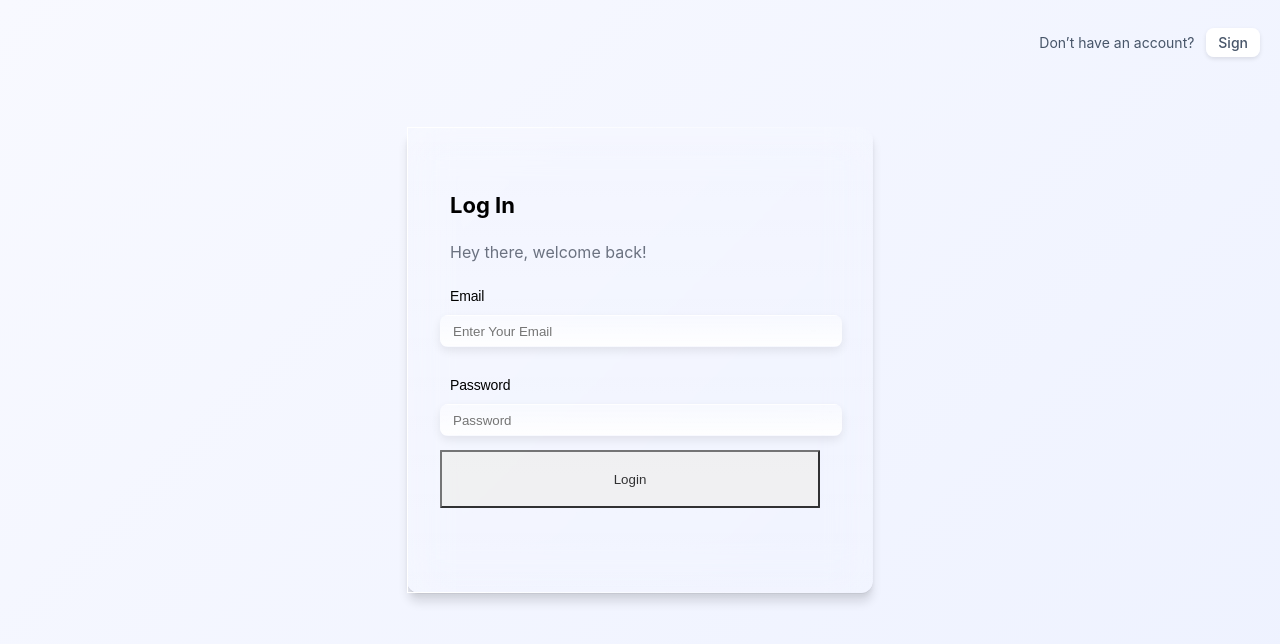
Repository: AfifaNoor/Admin_Panel-React-
Page: /
The author's editor kept a copy of each file at every save. The page is drawn from the files as they stood at one save, then again after the next save.
The browser window is 1280 px wide. The pictures show the whole page.
The project was rebuilt for these pictures with package versions that can differ from the ones it lists, and the page was loaded fresh each time. Also part of the build but not shown: src/SignUp.jsx.

Above is the page before, as saved 2025-07-10 17:56:20.

After the next save:
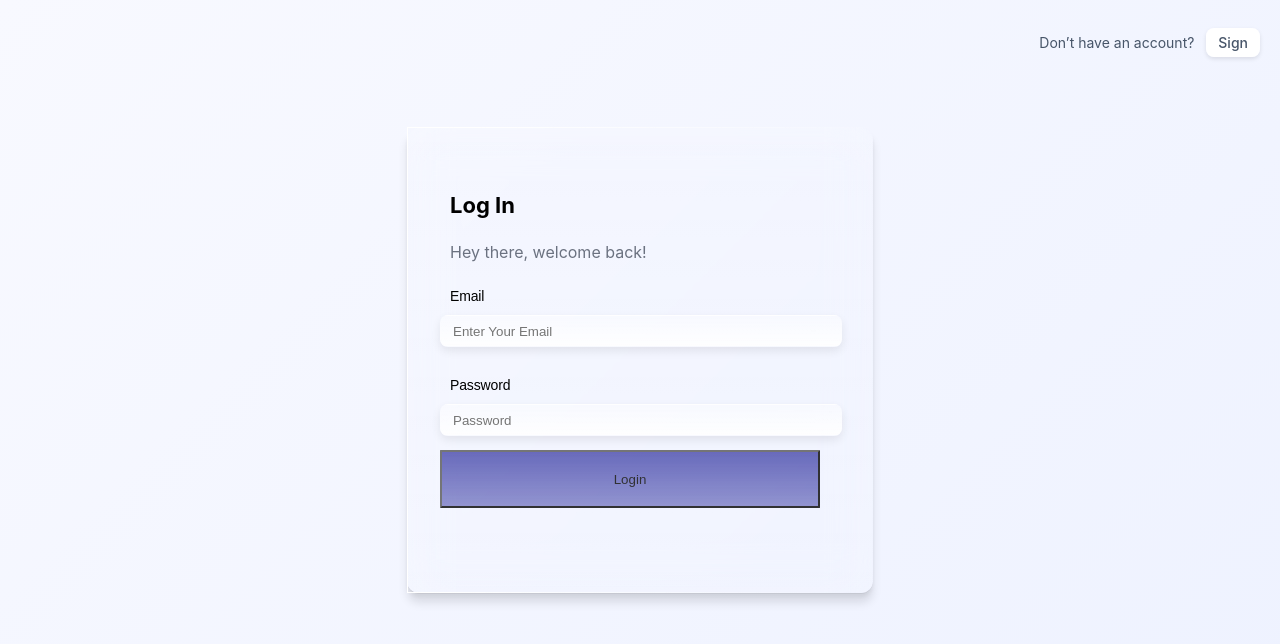
Saved 20 s later.
--- a/src/LoginPage.css
+++ b/src/LoginPage.css
@@ -171,5 +171,5 @@ margin-bottom: 5px;
   gap: 12px;
   border-radius: 1px;
   opacity: 80%;
-  background: linear-gradient();
+  background: linear-gradient(180deg, #4648AB 0%, rgba(70, 72, 171, 0.7) 100%)
 }
